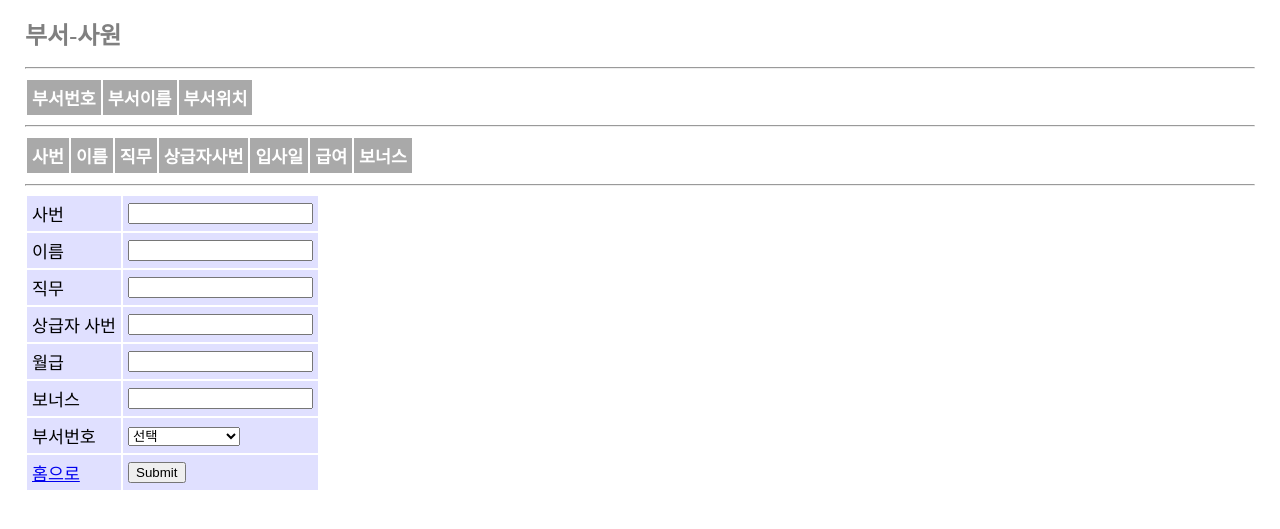
Repository: xlwpdlkim0417/STS4
Page: http://localhost/_sb0322-1/WEB-INF/views/root.jsp
An editor plug-in stored every save of this project. The page is shown before and after the next save, followed by the edit.
The browser window is 1280 px wide. The pictures show the whole page.
The page is served by Tomcat 9. Nobody is signed in. Other server files are loaded and not shown. The template is opened directly, without the code that normally fills it, so the values that code supplies are empty.

Above is the page before, as saved 2024-03-22 09:03:31.

### _sb0322-1/src/main/webapp/WEB-INF/views/root.jsp
<%@ page language="java" contentType="text/html; charset=UTF-8"
	pageEncoding="UTF-8"%>
<%@ taglib prefix="c" uri="http://java.sun.com/jsp/jstl/core"%>

<!DOCTYPE HTML>
<head>
<title>top page</title>
<meta http-equiv="Content-Type" content="text/html; charset=UTF-8" />
<style>
h1 {
	font-size: 18pt;
	font-weight: bold;
	color: gray;
}

body {
	font-size: 13pt;
	color: gray;
	margin: 5px 25px;
}

tr {
	margin: 5px;
}

th {
	padding: 5px;
	color: white;
	background: darkgray;
}

td {
	padding: 5px;
	color: black;
	background: #e0e0ff;
}

.err {
	color: red;
}
</style>
</head>
<body>
	<h1>부서-사원</h1>
	<hr />
	<table>
		<tr>
			<th>부서번호</th>
			<th>부서이름</th>
			<th>부서위치</th>
		</tr>
		<c:forEach var="dept" items="${list}">
			<tr>
				<td><a href="selectEmp?deptno=${dept.deptno}">${dept.deptno}</a></td>
				<td>${dept.dname}</td>
				<td>${dept.loc}</td>
			</tr>
		</c:forEach>
	</table>
	<hr />
	<table>
		<tr>
			<th>사번</th>
			<th>이름</th>
			<th>직무</th>
			<th>상급자사번</th>
			<th>입사일</th>
			<th>급여</th>
			<th>보너스</th>
		</tr>
		<c:forEach var="emp" items="${list2}">
			<tr>
				<td><a href="updateForm?empno=${emp.empno}">${emp.empno}</a></td>
				<td><a href="updateForm?empno=${emp.empno}">${emp.ename}</a></td>
				<td>${emp.job}</td>
				<td>${emp.mgr}</td>
				<td>${emp.hiredate}</td>
				<td>${emp.sal}</td>
				<td>${emp.comm}</td>
			</tr>
		</c:forEach>
	</table>
	<hr />
	<table>
		<form method="get" action="insert">
			<tr>
				<td><label for="empno">사번</label></td>
				<td><input type="text" name="empno" /></td>
			</tr>
			<tr>
				<td><label for="ename">이름</label></td>
				<td><input type="text" name="ename" /></td>
			</tr>
			<tr>
				<td><label for="job">직무</label></td>
				<td><input type="text" name="job" /></td>
			</tr>
			<tr>
				<td><label for="mgr">상급자 사번</label></td>
				<td><input type="text" name="mgr" /></td>
			</tr>
			<tr>
				<td><label for="sal">월급</label></td>
				<td><input type="text" name="sal" /></td>
			</tr>
			<tr>
				<td><label for="comm">보너스</label></td>
				<td><input type="text" name="comm" /></td>
			</tr>
			<tr>
				<td><label for="detpno">부서번호</label></td>
				<td><select id="deptlist" name="deptno">
						<option value="" selected disabled>선택</option>
						<option value="10">ACCOUNTING</option>
						<option value="20">RESEARCH</option>
						<option value="30">SALES</option>
						<option value="40">OPERATIONS</option>
				</select></td>
			</tr>
			<tr>
				<td><a href="/">홈으로</a></td>
				<td><input type="submit" /></td>
			</tr>
		</form>
	</table>

</body>
</html>

After the next save:
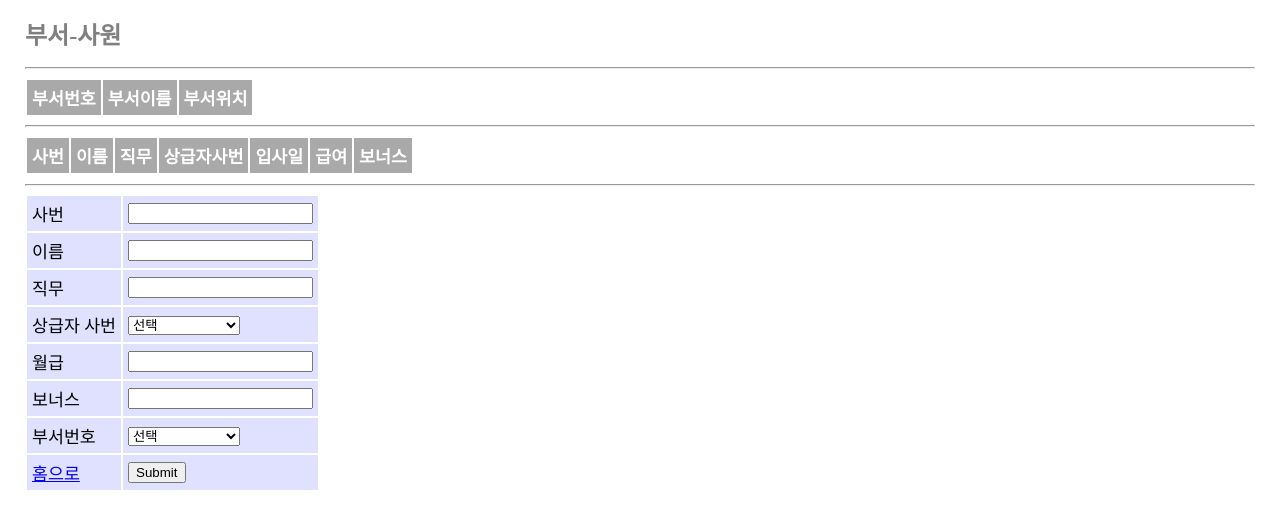
Saved 53 s later.
--- a/_sb0322-1/src/main/webapp/WEB-INF/views/root.jsp
+++ b/_sb0322-1/src/main/webapp/WEB-INF/views/root.jsp
@@ -97,7 +97,13 @@ td {
 			</tr>
 			<tr>
 				<td><label for="mgr">상급자 사번</label></td>
-				<td><input type="text" name="mgr" /></td>
+				<td><select id="deptlist" name="mgr">
+						<option value="" selected disabled>선택</option>
+						<option value="10">ACCOUNTING</option>
+						<option value="20">RESEARCH</option>
+						<option value="30">SALES</option>
+						<option value="40">OPERATIONS</option>
+				</select></td>
 			</tr>
 			<tr>
 				<td><label for="sal">월급</label></td>
